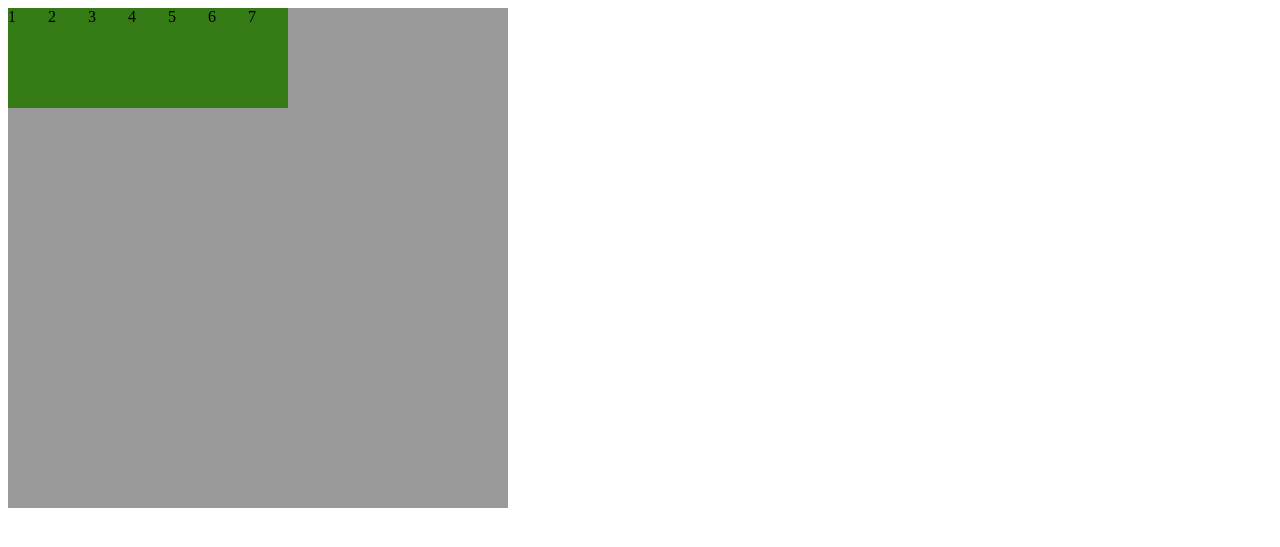
Repository: jady21a/coderwhy_practice
Page: html+css/test.html
An editor plug-in stored every save of this project. The page is shown before and after a run of saves, followed by the edit.
The browser window is 1280 px wide. The pictures show the whole page.

Above is the page before, as saved 2022-04-25 00:33:53.

After the next 2 saves:
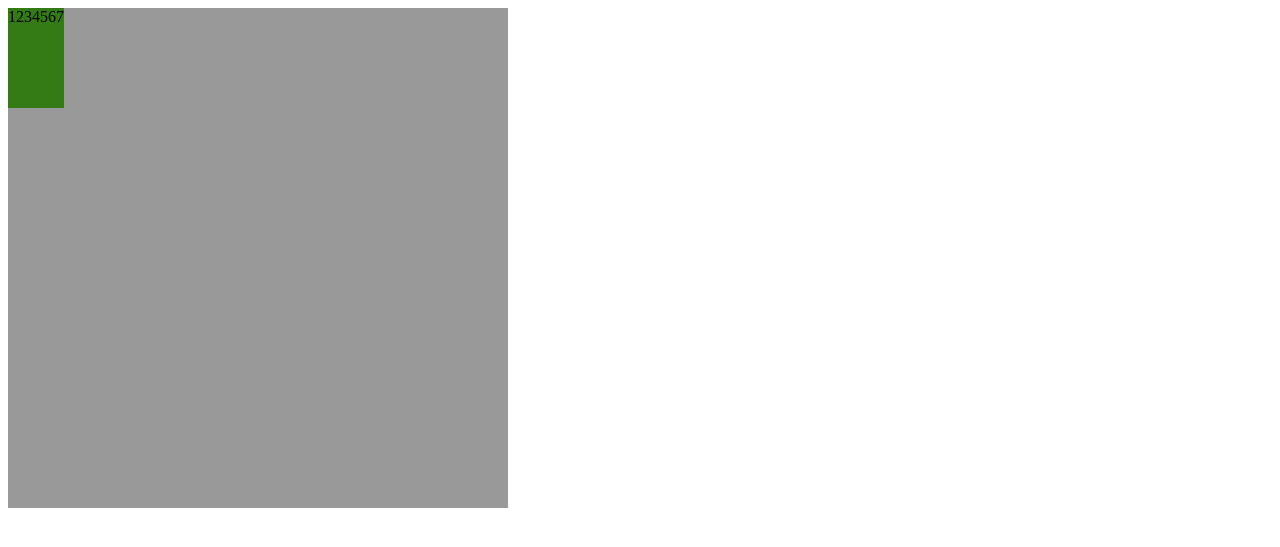
The 2 saves are shown as one change because they came seconds apart.
The last was saved 18 s later.
--- a/html+css/test.html
+++ b/html+css/test.html
@@ -25,7 +25,7 @@
 
   .item {
     /* flex-grow: 1; */
-    flex: 1;
+    flex: 0;
     /* flex-shrink: 1; */
 
     width: 110px;
